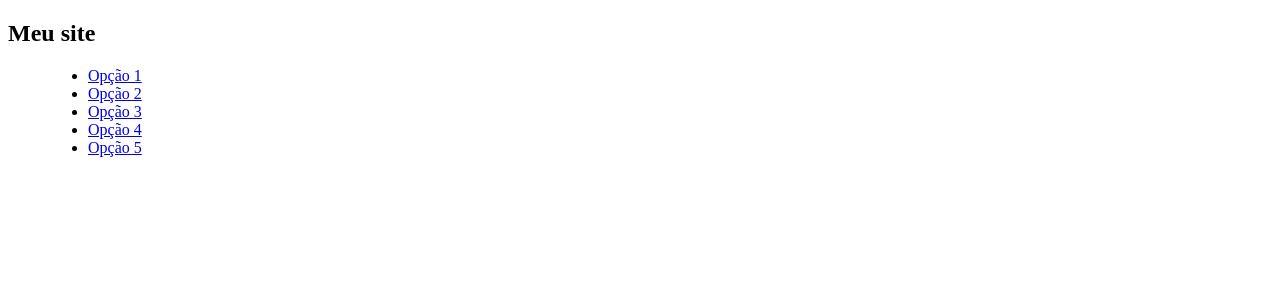
Repository: Sandro1969-tech/menu-hamburger
Page: index.html
An editor plug-in stored every save of this project. The page is shown before and after the next save, followed by the edit.
The browser window is 1280 px wide. The pictures show the whole page.

Above is the page before, as saved 2025-12-25 17:45:28.

### index.html
<!DOCTYPE html>
<html lang="pt-br">
<head>
    <meta charset="UTF-8">
    <meta name="viewport" content="width=device-width, initial-scale=1.0">
    <title>Media Queries</title>
</head>
<body>
  <header>
    <main>
        <article>
            <h1>Meu site</h1>
            <menu>
                <ul>
                    <li><a href="#">Opção 1</a></li>
                    <li><a href="#">Opção 2</a></li>
                    <li><a href="#">Opção 3</a></li>
                    <li><a href="#">Opção 4</a></li>
                    <li><a href="#">Opção 5</a></li>
                </ul>
            </menu>
        </article>
    </main>
  </header>
</body>
</html>

After the next save:
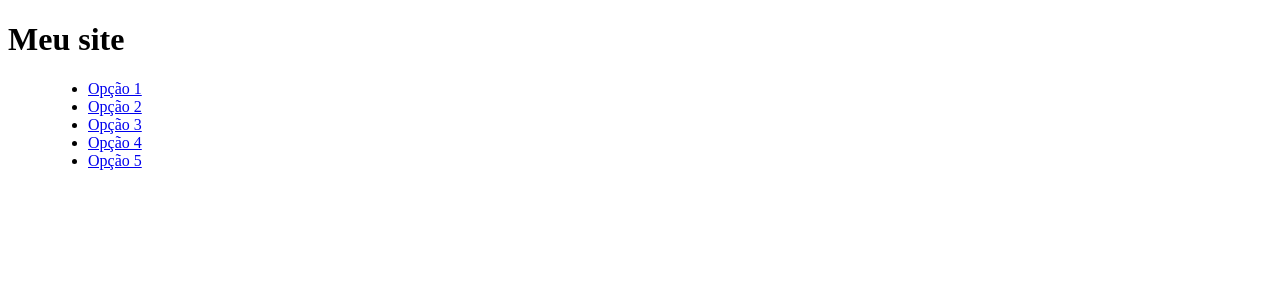
Saved 28 s later.
--- a/index.html
+++ b/index.html
@@ -8,7 +8,6 @@
 <body>
   <header>
     <main>
-        <article>
             <h1>Meu site</h1>
             <menu>
                 <ul>
